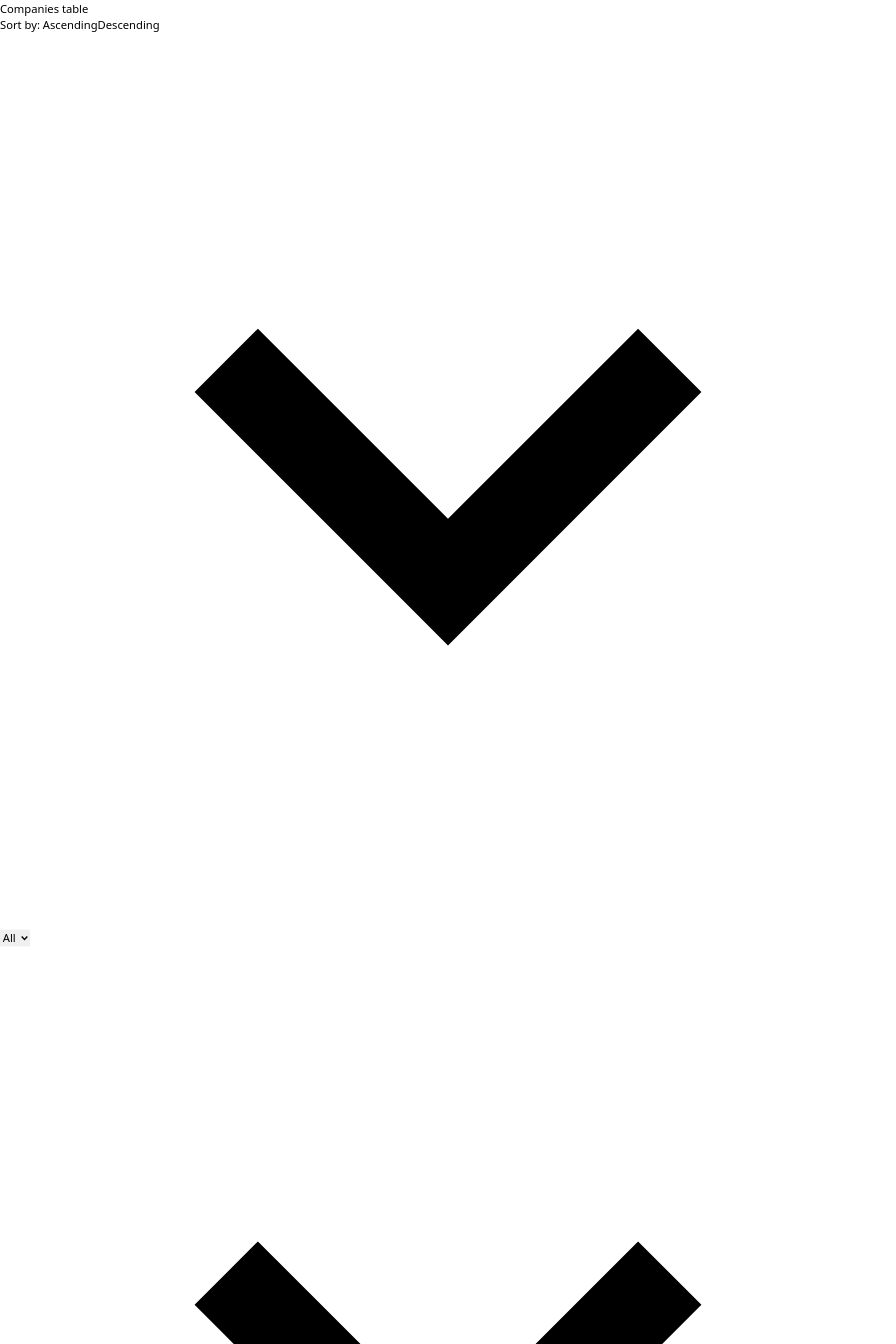
Repository: AlekJanevski/capcito
Page: /
An editor plug-in stored every save of this project. The page is shown before and after the next save, followed by the edit.
The browser window is 1280 px wide. The pictures show the part of the page from y = 0 to 1920 px (the page is 3962 px tall before and 2682 px after), at 70% of full size.
The page's requests for data from a server got no answer. The project was rebuilt for these pictures with package versions that can differ from the ones it lists, and the page was loaded fresh each time. No one was signed in, and anything a server would have sent is missing.

Above is the page before, as saved 2021-02-12 12:05:27.

After the next save:
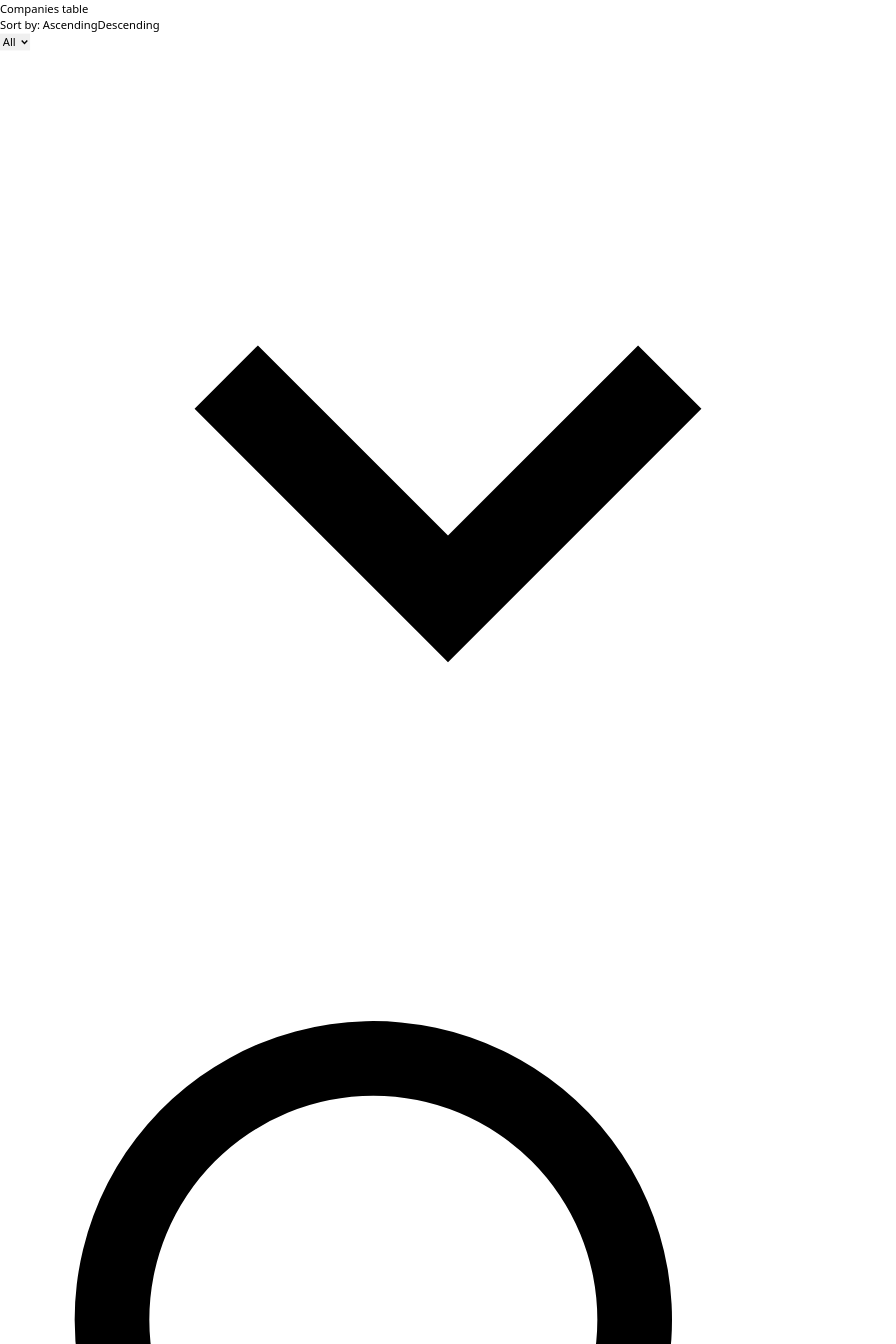
Saved 39 s later.
--- a/src/components/HelloWorld.vue
+++ b/src/components/HelloWorld.vue
@@ -31,14 +31,6 @@
 
 				<!-- Sorting filters wrapper starts -->
 				<div class="flex flex-row mb-1 sm:mb-0">
-					<div class="relative mr-3">
-						<div
-							class="absolute inset-y-0 right-0 flex items-center px-2 text-gray-700 pointer-events-none">
-							<svg class="w-4 h-4 fill-current" xmlns="http://www.w3.org/2000/svg" viewBox="0 0 20 20">
-								<path d="M9.293 12.95l.707.707L15.657 8l-1.414-1.414L10 10.828 5.757 6.586 4.343 8z" />
-							</svg>
-						</div>
-					</div>
 					<div class="relative mr-3">
 						<select @change="handleFilterByType($event)"
 							class="block w-full h-full px-4 py-2 pr-8 leading-tight text-gray-700 bg-white border border-gray-400 rounded appearance-none sm:rounded-r-none focus:outline-none focus:border-l focus:border-r focus:bg-white focus:border-gray-500">
